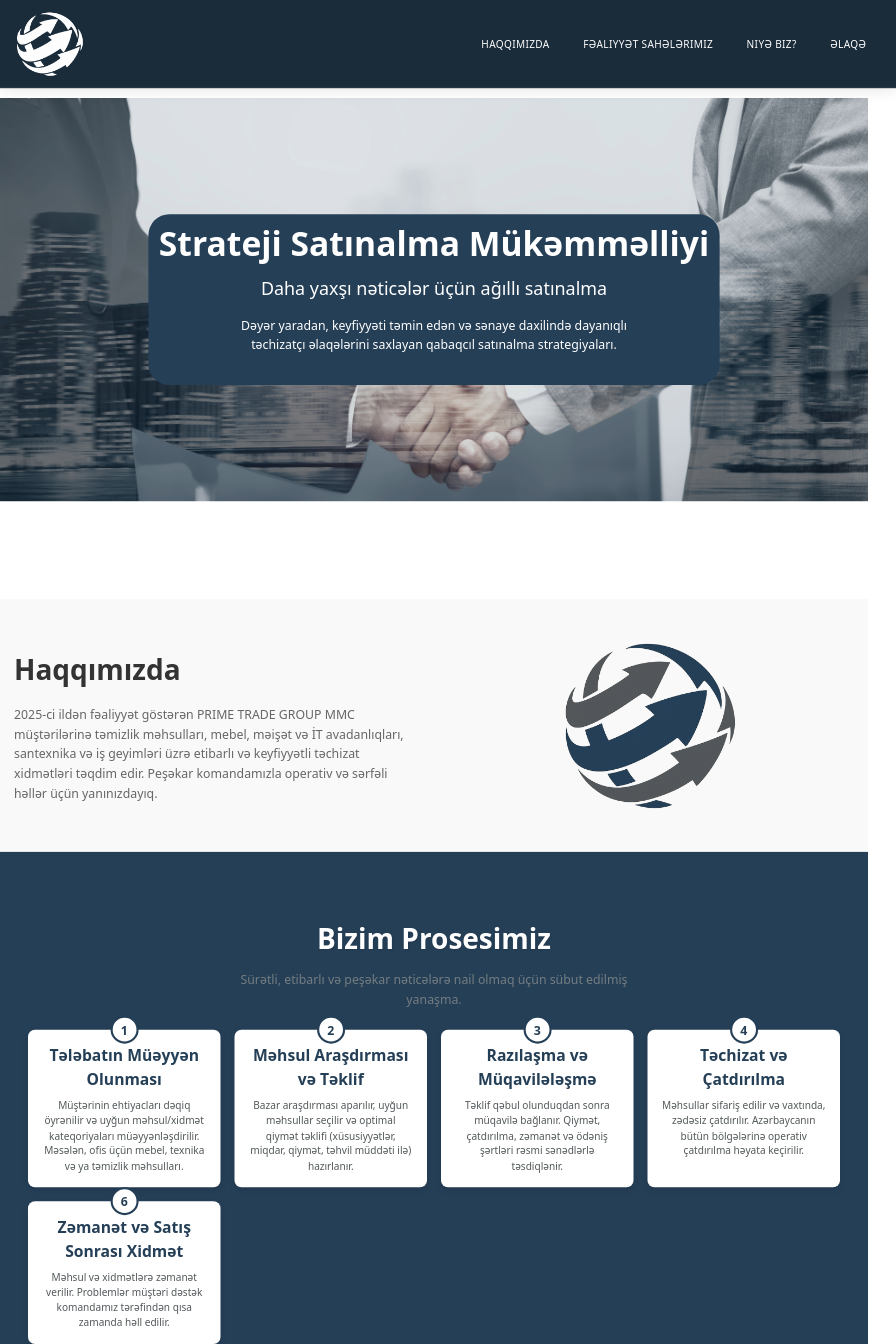
Repository: ferhadsultan98/primetradegroup
Page: /
An editor plug-in stored every save of this project. The page is shown before and after the next save, followed by the edit.
The browser window is 1280 px wide. The pictures show the part of the page from y = 0 to 1920 px (the page is 5173 px tall before and 4317 px after), at 70% of full size.
The page's requests for data from a server got no answer. The project was rebuilt for these pictures with package versions that can differ from the ones it lists, and the page was loaded fresh each time. No one was signed in, and anything a server would have sent is missing. Also part of the build but not shown: vite.config.js, src/Components/Mainlayout/MainLayout.scss, src/Pages/About/About.scss, src/Components/SectionHeader/SectionHeader.scss, src/Components/BreadCrumb/BreadCrumb.scss, src/Components/BreadCrumb/BreadCrumb.jsx, src/Components/SectionHeader/SectionHeader.jsx, src/Pages/About/About.jsx and 21 more.

Above is the page before, as saved 2025-08-09 15:22:34.

After the next save:
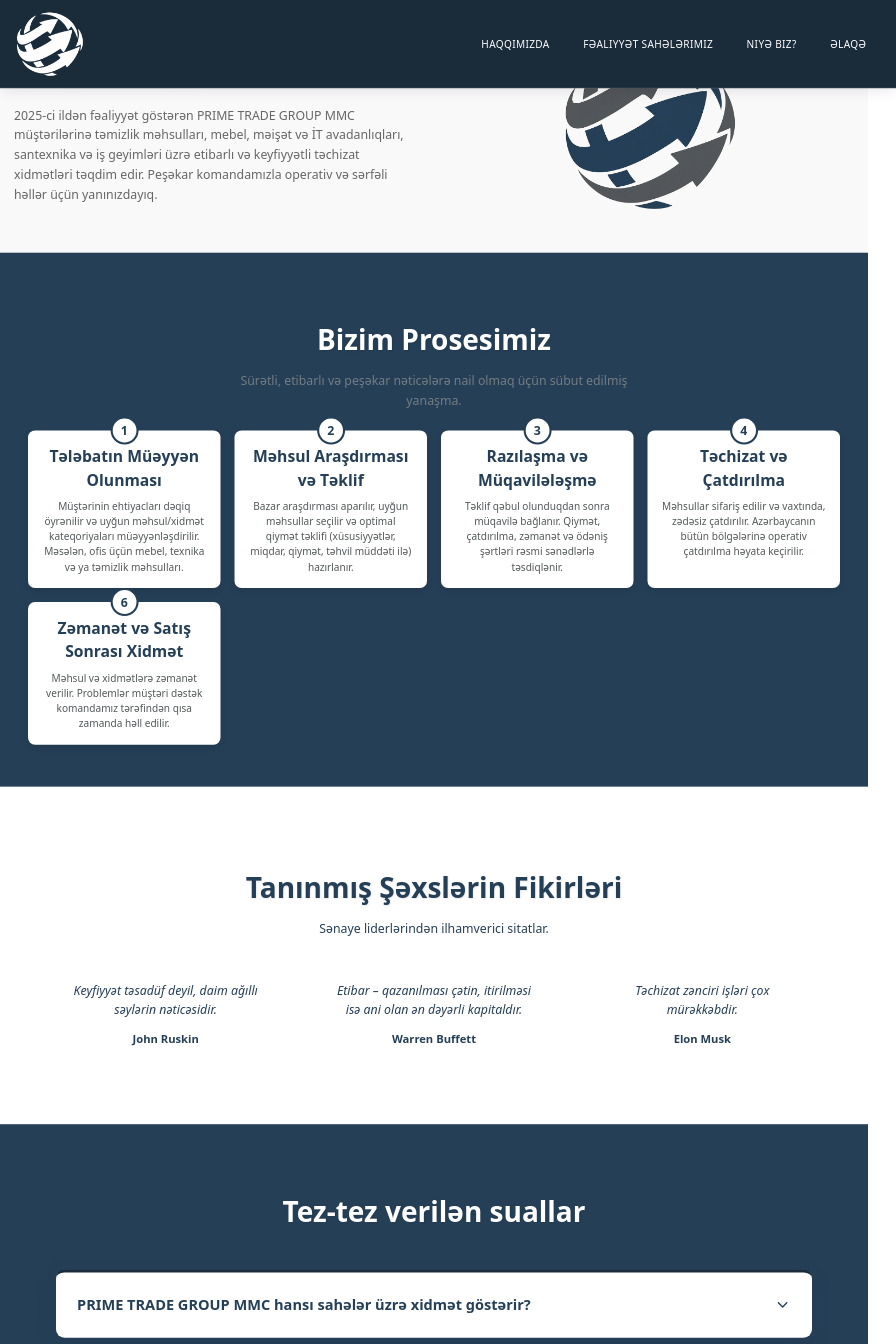
Saved 19 s later.
--- a/src/Pages/Home/HomeSection.jsx
+++ b/src/Pages/Home/HomeSection.jsx
@@ -63,27 +63,7 @@ const HomeSection = () => {
       </Helmet>
 
       <section className="homeSection">
-        <div className="sliderContainer">
-          {slides.map((slide, index) => (
-            <div
-              key={index}
-              className={`slideItem ${
-                index === currentSlide ? "slideActive" : ""
-              }`}
-            >
-              <img src={slide.image} alt={slide.alt} className="slideImage" />
-              <div className="slideOverlay">
-                <div className="HeroSectioncontentWrapper">
-                  <div className="slideContent">
-                    <h1 className="slideTitle">{slide.title}</h1>
-                    <h2 className="slideSubtitle">{slide.subtitle}</h2>
-                    <p className="slideDescription">{slide.description}</p>
-                  </div>
-                </div>
-              </div>
-            </div>
-          ))}
-        </div>
+
         <ExpertiseSection />
         <ProcessSection />
         <TestimonialsSection />
